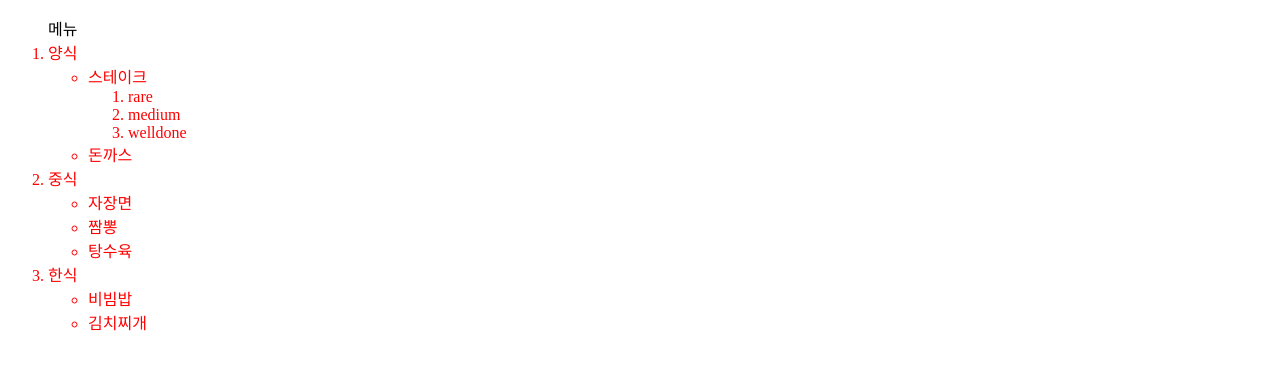
Repository: daehyeonhong/HTML
Page: ch04/WebContent/olSelector.html
The author's editor kept a copy of each file at every save. The page is drawn from the files as they stood at one save, then again after the next save.
The browser window is 1280 px wide. The pictures show the whole page.

Above is the page before, as saved 2020-05-19 02:45:47.

### ch04/WebContent/olSelector.html
<!DOCTYPE html>
<html>
<head>
<meta charset="UTF-8">
<title>Insert title here</title>
<style type="text/css">
ol>li {
	color: blue;
}

ol li {
	color: red;
}

ol>li>li {
	background-color: yellow
}
</style>
</head>
<body>
	<div>
		<ol>
			메뉴
			<li>양식
				<ul>
					<li>스테이크</li>
					<ol>
						<li>rare</li>
						<li>medium</li>
						<li>welldone</li>
					</ol>
					<li>돈까스</li>
				</ul>
			</li>
			<li>중식
				<ul>
					<li>자장면</li>
					<li>짬뽕</li>
					<li>탕수육</li>
				</ul>
			</li>
			<li>한식
				<ul>
					<li>비빔밥</li>
					<li>김치찌개</li>
				</ul>
			</li>
		</ol>
	</div>
</body>
</html>

After the next save:
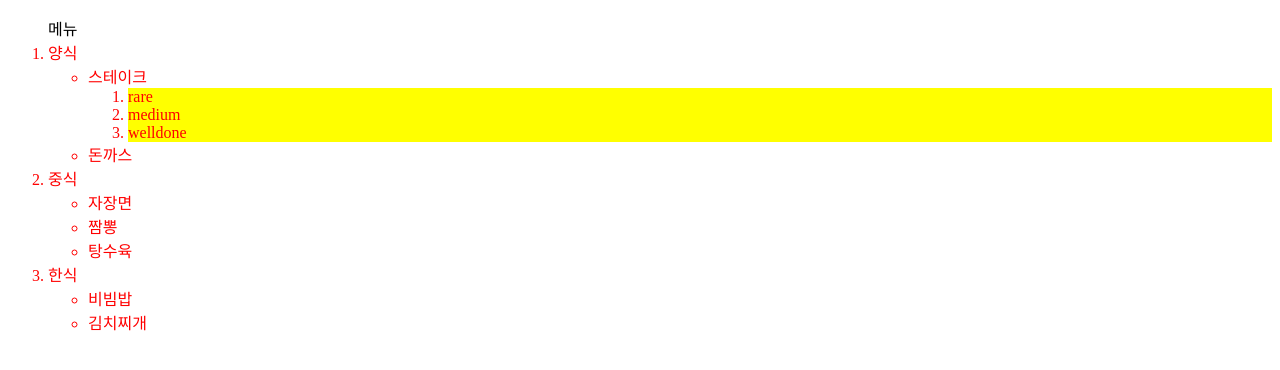
Saved 29 s later.
--- a/ch04/WebContent/olSelector.html
+++ b/ch04/WebContent/olSelector.html
@@ -12,7 +12,7 @@
 	color: red;
 }
 
-ol>li>li {
+ol>li>ul>ol>li {
 	background-color: yellow
 }
 </style>

After the 2 saves that followed:
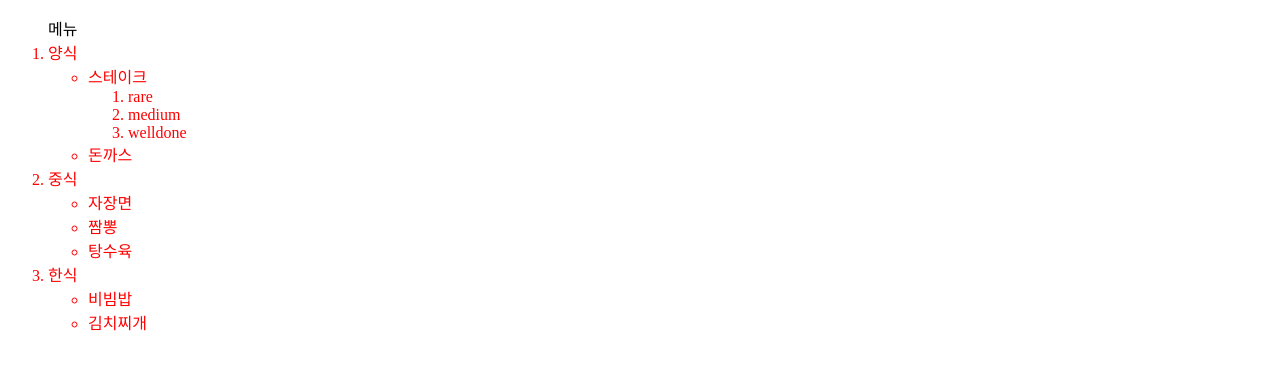
The 2 saves are shown as one change because they came seconds apart.
The last was saved 15 s later.
--- a/ch04/WebContent/olSelector.html
+++ b/ch04/WebContent/olSelector.html
@@ -12,7 +12,7 @@
 	color: red;
 }
 
-ol>li>ul>ol>li {
+ol>li>ul>il>ol>li {
 	background-color: yellow
 }
 </style>
